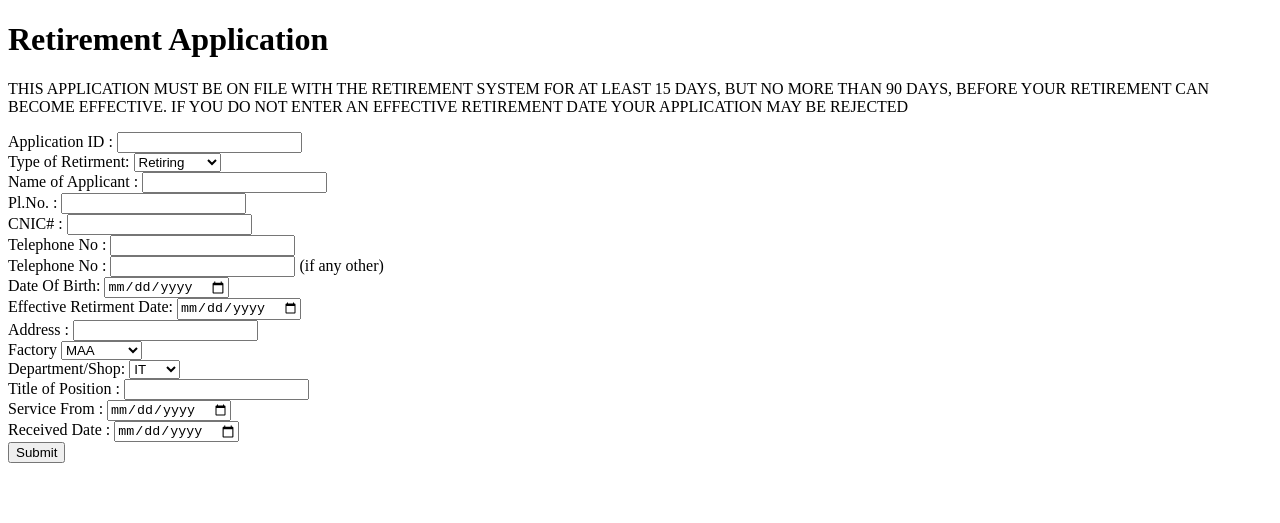
Repository: AQSA-ABDULLAH/RetirementManagmentSystem
Page: RetimentManagmentSystem/src/main/webapp/RetirementApplicationForm.html
An editor plug-in stored every save of this project. The page is shown before and after the next save, followed by the edit.
The browser window is 1280 px wide. The pictures show the whole page.

Above is the page before, as saved 2023-08-13 18:49:30.

### RetimentManagmentSystem/src/main/webapp/RetirementApplicationForm.html
<!DOCTYPE html>
<html>
<head>
<meta charset="ISO-8859-1">
<title>Retirment Application</title>
</head>
<body>
  <h1>Retirement Application</h1>
  <form method="post" action="myservlet">

	<p>THIS APPLICATION MUST BE ON FILE WITH THE RETIREMENT SYSTEM FOR AT LEAST 15 DAYS, BUT NO MORE THAN 90
DAYS, BEFORE YOUR RETIREMENT CAN BECOME EFFECTIVE. IF YOU DO NOT ENTER AN EFFECTIVE RETIREMENT DATE
YOUR APPLICATION MAY BE REJECTED</p>

	<label for="id">Application ID :</label>
    <input type="number" id="id" required><br>

	<label for="type">Type of Retirment:</label>
	<select id="fruits" name="fruits">
		<option value="apple">Retiring</option>
		<option value="banana">Banana</option>
        <option value="orange">Orange</option>
        <option value="grape">Grape</option>
        <option value="strawberry">Strawberry</option>
      </select><br>

    <label for="name">Name of Applicant :</label>
    <input type="text" id="name" required><br>

    <label for="plno">Pl.No. :</label>
    <input type="number" id="plno" required><br>

    <label for="cnic">CNIC# :</label>
    <input type="number" id="cnic" required><br>

    <label for="phoneno">Telephone No :</label>
    <input type="number" id="phoneno" required><br>

    <label for="phoneno">Telephone No :</label>
    <input type="number" id="phoneno" required>
    <span>(if any other)</span><br>

    <label for="DateBirth">Date Of Birth:</label>
    <input type="date" id="DateBirth" required><br>

    <label for="DateRetirment">Effective Retirment Date:</label>
    <input type="date" id="DateRetirment" required><br>

    <label for="address">Address :</label>
    <input type="text" id="address" required>
    <br>

    <label for="factory">Factory</label>
	<select id="factory" name="factory">
		<option value="maa">MAA</option>
		<option value="Co4">CO-4</option>
        <option value="brasemill">Brase Mill</option>
        <option value="textile">Textile</option>
        <option value="explosive">explosive</option>
      </select><br>

    <label for="department">Department/Shop:</label>
	<select id="department" name="department">
		<option>IT</option>
		<option>C-13</option>
        <option>C-14</option>
        <option>C-18</option>
        <option>C-19</option>
      </select><br>

    <label for="position">Title of Position :</label>
    <input type="text" id="position" required><br>

    <label for="service">Service From :</label>
    <input type="date" id="service" required><br>

    <label for="receivedDate">Received Date :</label>
    <input type="date" id="receivedDate" required><br>

    <button type="button">Submit</button>
  </form>
</body>
</html>

After the next save:
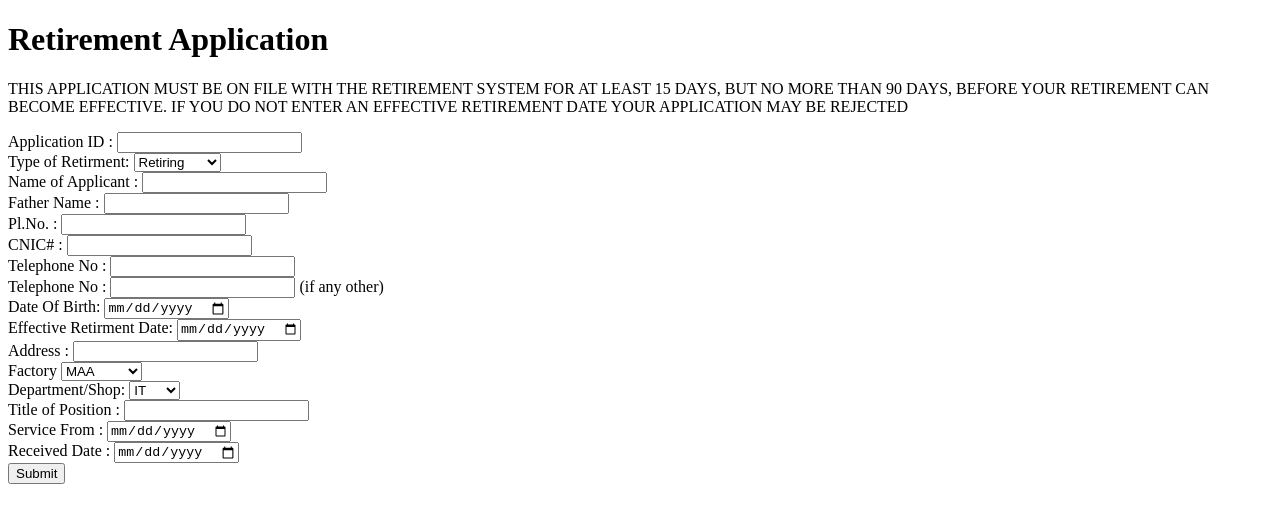
Saved 3 min 34 s later.
--- a/RetimentManagmentSystem/src/main/webapp/RetirementApplicationForm.html
+++ b/RetimentManagmentSystem/src/main/webapp/RetirementApplicationForm.html
@@ -26,6 +26,9 @@ YOUR APPLICATION MAY BE REJECTED</p>
 
     <label for="name">Name of Applicant :</label>
     <input type="text" id="name" required><br>
+
+    <label for="fathername">Father Name :</label>
+    <input type="text" id="fathername" required><br>
 
     <label for="plno">Pl.No. :</label>
     <input type="number" id="plno" required><br>
